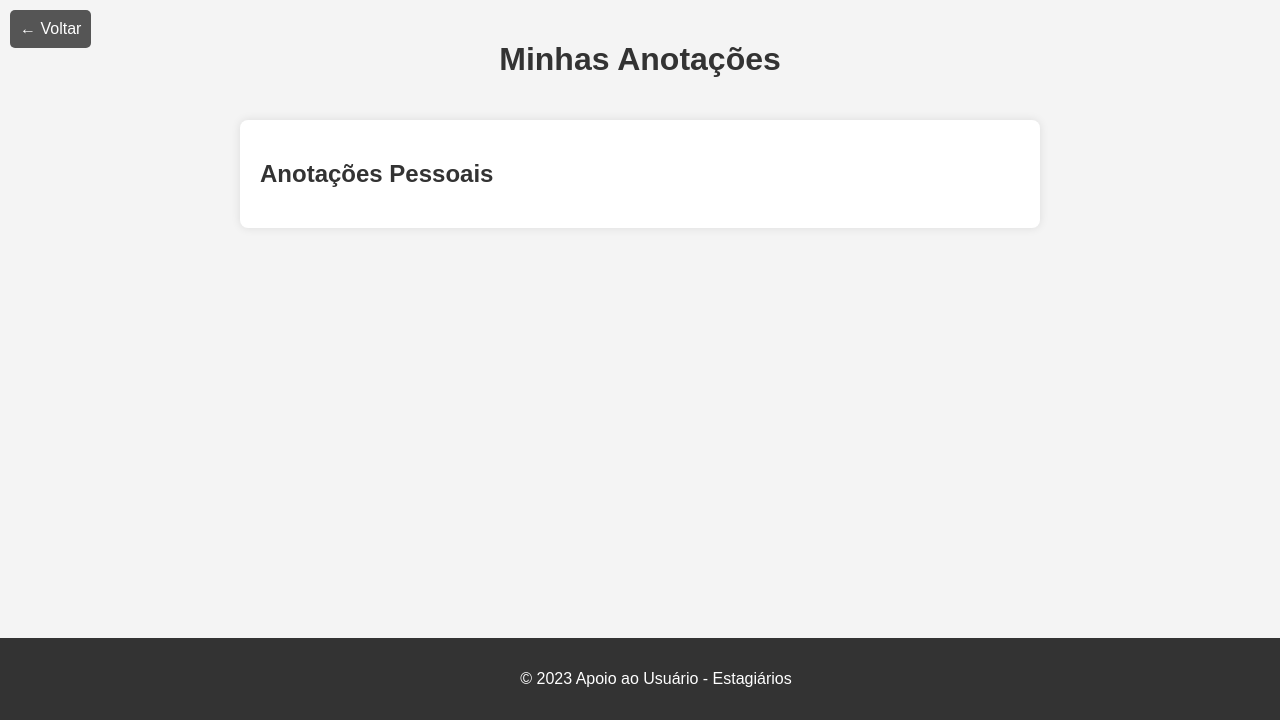
Repository: I4guito/dicasdez
Page: Dicas site/Mais/anotações pessoais de iago/antpessoal.html
An editor plug-in stored every save of this project. The page is shown before and after a run of saves, followed by the edit.
The browser window is 1280 px wide. The pictures show the whole page.

Above is the page before, as saved 2023-11-28 14:52:45.
Console error: TypeError: Cannot read properties of null (reading 'addEventListener')

After the next 4 saves:
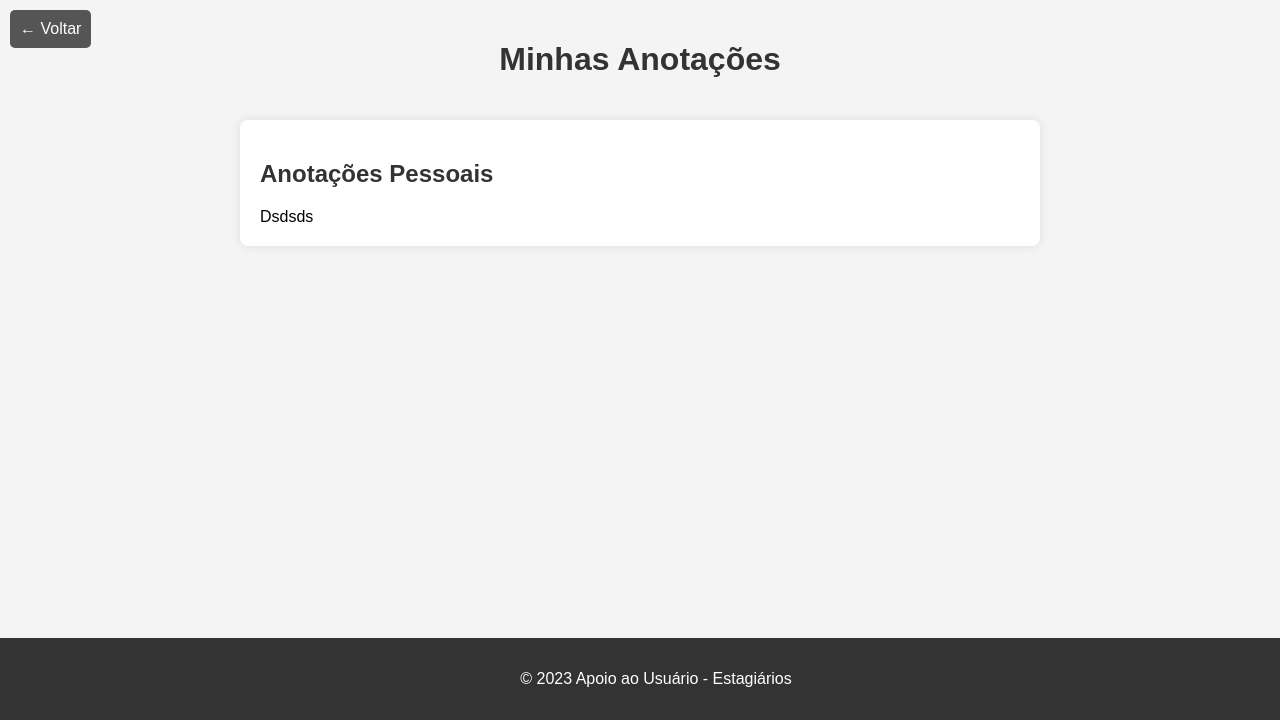
The 4 saves are shown as one change because they came seconds apart.
The last was saved 12 s later.
--- a/Dicas site/Mais/anotações pessoais de iago/antpessoal.html
+++ b/Dicas site/Mais/anotações pessoais de iago/antpessoal.html
@@ -16,7 +16,9 @@
             <main>
                 <section class="notes">
                     <h2>Anotações Pessoais</h2>
-                    <div class=</div>
+                    <div class="anot">
+                        Dsdsds
+                    </div>
                 </section>
             </main>
         </div>

After the save that followed:
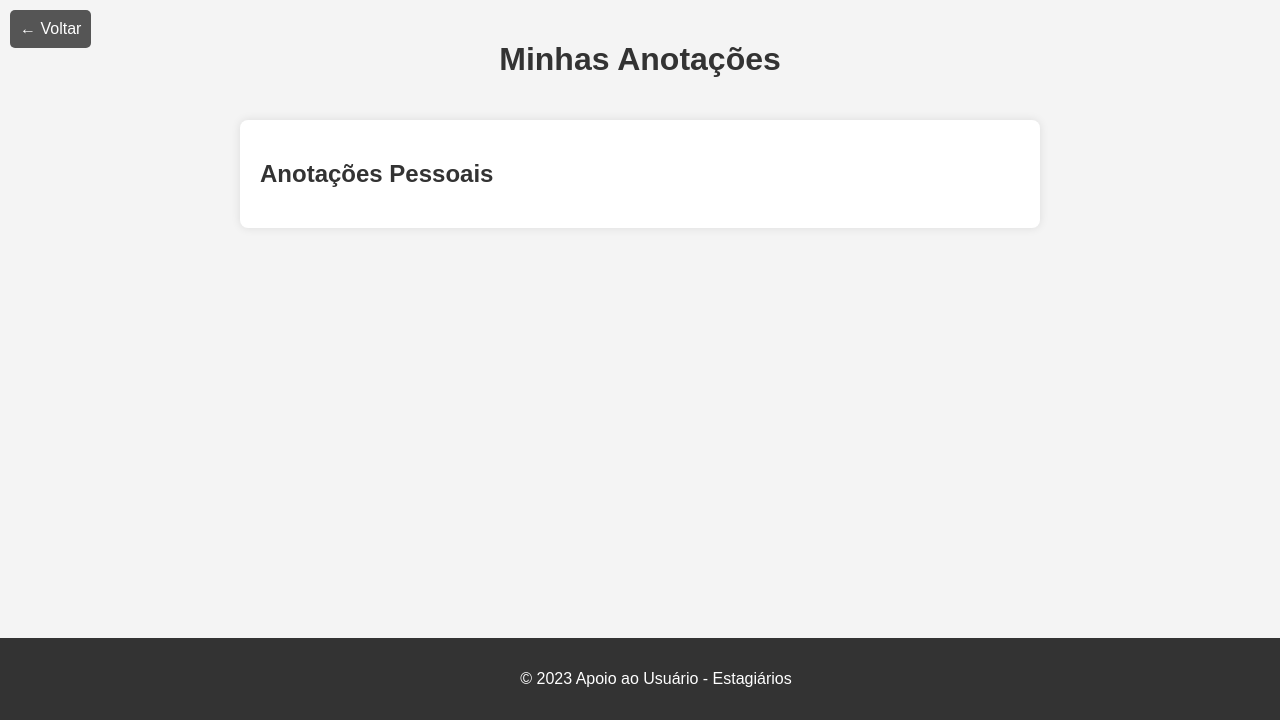
Saved 6 s later.
--- a/Dicas site/Mais/anotações pessoais de iago/antpessoal.html
+++ b/Dicas site/Mais/anotações pessoais de iago/antpessoal.html
@@ -17,7 +17,7 @@
                 <section class="notes">
                     <h2>Anotações Pessoais</h2>
                     <div class="anot">
-                        Dsdsds
+
                     </div>
                 </section>
             </main>
